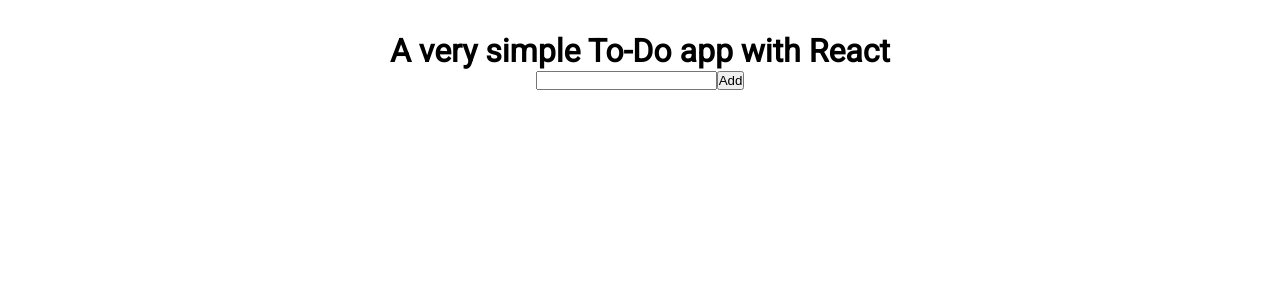
Repository: darioskpavoni/to-do-react
Page: /
An editor plug-in stored every save of this project. The page is shown before and after the next save, followed by the edit.
The browser window is 1280 px wide. The pictures show the whole page.
The project was rebuilt for these pictures with package versions that can differ from the ones it lists, and the page was loaded fresh each time. Also part of the build but not shown: vite.config.ts.

Above is the page before, as saved 2023-03-19 23:55:55.

### index.html
<!DOCTYPE html>
<html lang="en">
  <head>
    <meta charset="UTF-8" />
    <link rel="icon" type="image/svg+xml" href="/react.svg" />
    <meta name="viewport" content="width=device-width, initial-scale=1.0" />
    <title>To-Do App - React</title>
  </head>
  <body>
    <div id="root"></div>
    <script type="module" src="/src/main.tsx"></script>
  </body>
</html>

### src/App.tsx
import { useState } from "react";
import "./App.css";

function App() {
  return (
    <div className="App">
      <h1>A very simple To-Do app with React</h1>
      <div className="actions">
        <input type={"text"} />
        <button>Add</button>
      </div>
    </div>
  );
}

export default App;

### src/index.css
@import url("https://fonts.googleapis.com/css2?family=Roboto:wght@300;400&display=swap");

* {
  margin: 0;
  padding: 0;
}

:root {
  font-family: "Roboto", sans-serif;
  font-weight: 300;
}

:root,
body,
body > #root {
  height: 100%;
  width: 100%;
}

#root {
  display: flex;
  flex-direction: column;
  align-items: center;
}

### src/App.css
.App {
  margin: 2rem;
  height: 100%;
  width: 50%;
  display: flex;
  flex-direction: column;
  justify-content: flex-start;
  align-items: center;
}

Loaded but not shown: src/main.tsx (common file)

After the next save:
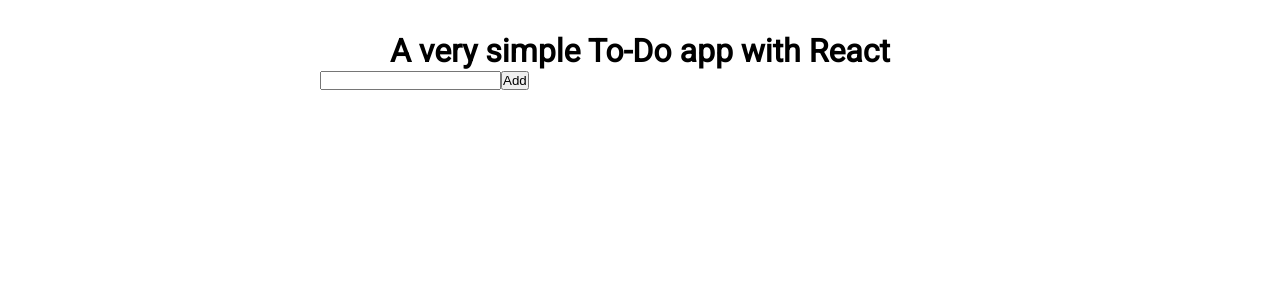
Saved 12 s later.
--- a/src/App.css
+++ b/src/App.css
@@ -7,3 +7,7 @@
   justify-content: flex-start;
   align-items: center;
 }
+
+.actions {
+  width: 100%;
+}
